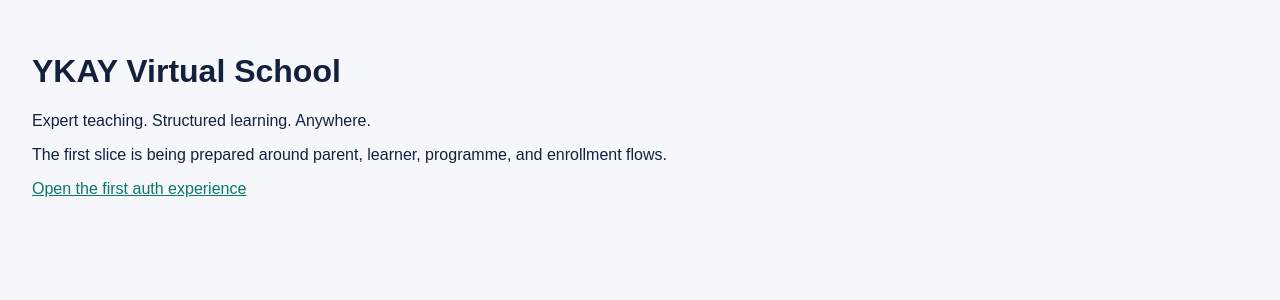
Repository: Teamthy/ykay-virtual
Page: / (app in apps/web/)
The author's editor kept a copy of each file at every save. The page is drawn from the files as they stood at one save, then again after a run of saves.
The browser window is 1280 px wide. The pictures show the whole page.
The project was rebuilt for these pictures with package versions that can differ from the ones it lists, and the page was loaded fresh each time. The framework's server and built-in components were replaced by stand-ins that run in the browser. Also part of the build but not shown: apps/web/next.config.js.

Above is the page before, as saved 2026-08-10 23:51:30.

After the next 2 saves:
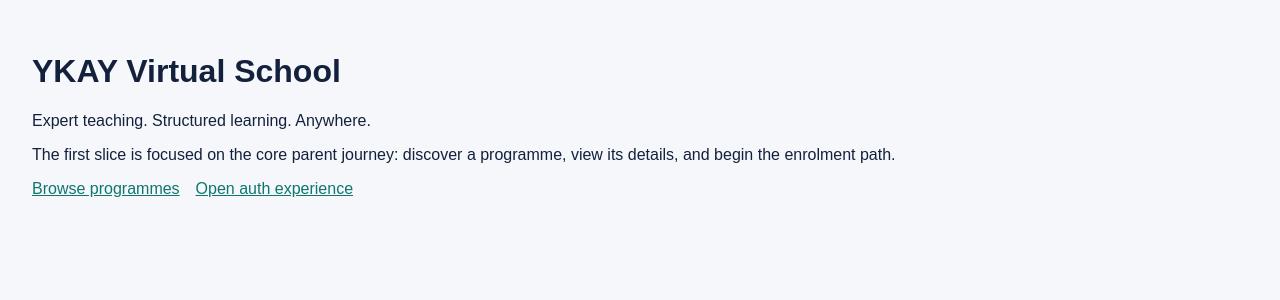
The 2 saves are shown as one change because 1 did not build or start.
The last was saved 92 s later.
--- a/apps/web/app/page.tsx
+++ b/apps/web/app/page.tsx
@@ -1,16 +1,19 @@
 import Link from 'next/link';
 
 export default function HomePage() {
-    return (
-        <main style={{ padding: '2rem', fontFamily: 'sans-serif' }}>
-            <h1>YKAY Virtual School</h1>
-            <p>Expert teaching. Structured learning. Anywhere.</p>
-            <p>The first slice is being prepared around parent, learner, programme, and enrollment flows.</p>
-            <p>
-                <Link href="/auth" style={{ color: '#0f766e', textDecoration: 'underline' }}>
-                    Open the first auth experience
-                </Link>
-            </p>
-        </main>
-    );
+  return (
+    <main style={{ padding: '2rem', fontFamily: 'sans-serif' }}>
+      <h1>YKAY Virtual School</h1>
+      <p>Expert teaching. Structured learning. Anywhere.</p>
+      <p>The first slice is focused on the core parent journey: discover a programme, view its details, and begin the enrolment path.</p>
+      <div style={{ display: 'flex', gap: '1rem', flexWrap: 'wrap', marginTop: '1rem' }}>
+        <Link href="/programmes" style={{ color: '#0f766e', textDecoration: 'underline' }}>
+          Browse programmes
+        </Link>
+        <Link href="/auth" style={{ color: '#0f766e', textDecoration: 'underline' }}>
+          Open auth experience
+        </Link>
+      </div>
+    </main>
+  );
 }
